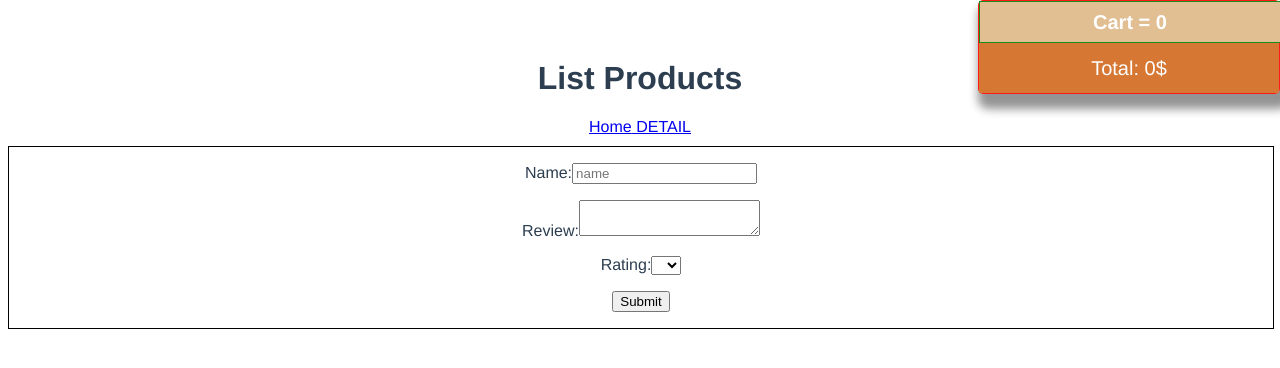
Repository: thanhdat130298/ncc-cart
Page: /
These files come from the project's save history. The page is drawn as it stood at one moment and after a run of saves; the edit follows.
The browser window is 1280 px wide. The pictures show the whole page.
The page's requests for data from a server got no answer. The project was rebuilt for these pictures with package versions that can differ from the ones it lists, and the page was loaded fresh each time. No one was signed in, and anything a server would have sent is missing. Also part of the build but not shown: src/components/home.vue, src/components/detail.vue.

Above is the page before, as saved 2020-03-18 11:11:42.

### src/main.js
import Vue from "vue";
import App from "./App.vue";
import store from "./store.js";
import router from "./routes"


Vue.config.productionTip = false;
Vue.use({ store });
new Vue({
  store,
  router,
  render: h => h(App)
}).$mount("#app");

### src/App.vue
<template>
  <div id="app">
    <h1>List Products</h1>
    <div>
      <router-link to="/home"> Home</router-link>
      <router-link to="/detail"> DETAIL</router-link>
    </div>
    <router-view />
    <product />
    <cart />
    <review />
  </div>
</template>

 <script>
import product from "./components/product.vue";
import Review from "./components/review.vue";
import Cart from "./components/cart.vue";

export default {
  name: "App",
  components: {
  product,
  Review,
  Cart
  }
};
</script>

<style>
#app {
  font-family: Avenir, Helvetica, Arial, sans-serif;
  -webkit-font-smoothing: antialiased;
  -moz-osx-font-smoothing: grayscale;
  text-align: center;
  color: #2c3e50;
  margin-top: 60px;
}
</style>

### src/store.js
import Vue from "vue";
import Vuex from "vuex";
import axios from "axios";
import VueAxios from "vue-axios";
Vue.use(Vuex);
Vue.use(VueAxios, axios);
export default new Vuex.Store({
  state: {
    products: [],
    carts: []
  },
  getters: {
    getProducts: state => state.products,
    inCart: state => state.carts
  },
  mutations: {
    SAVE_PRODUCT(state, proApi) {
      state.products = proApi;
    },
    SAVE_CART(state, cartApi) {
      state.carts = cartApi;
    },
    updateCart(state, product) {
      let found = this.state.carts.find(array => {
        return array.idPro == product.idPro;
      });
      if (found) {
        found.qty++;
      } else {
        this.state.carts.push({
          qty: 1,
          idPro: product.idPro,
          name: product.name,
          price: product.price
        });
      }
      product.proStatic --;
    }
  },
  actions: {
    //get product from API
    listProduct({ commit }) {
      Vue.axios
        .get("http://localhost:3000/product/get")
        .then(result => {
          commit("SAVE_PRODUCT", result.data);
        })
        .catch(error => {
          throw new Error(`API ${error}`);
        });
    },

    //GET from cart api
    listCart({ commit }) {
      Vue.axios
        .get("http://localhost:3000/cart")
        .then(result => {
          commit("SAVE_CART", result.data);
        })
        .catch(error => {
          throw new Error(`API ${error}`);
        });
    },
    //post to cart API
    saveCart(state, product) {
        Vue.axios
          .post("http://localhost:3000/cart/create", {
            idPro: product.idPro,
            price: product.price,
            name: product.name,
            qty: 1
          })
          .catch(error => {
            console.log(error)
          console.log("else");
          });

    },
    callUpdateCart({ commit }, product) {
      commit("updateCart", product);
    }}
});

### src/routes.js
import Vue from "vue";
import Router from "vue-router";
import home from "@/components/home";
import detail from "@/components/detail";
Vue.use(Router);
export default new Router({
  routes: [
    {
      path: "/home",
      name: "home",
      component: home
    },
    {
      path: "/detail",
      name: 'detail',
      component: detail
    }
  ]
});

### src/components/product.vue
<template>
  <div>
    <div class="container">
      <div class="clear"></div>
      <div v-for="product in arrProduct" :key="product.idPro">
        <div class="product">
          <img :src="product.image" alt="image" />
          <div>{{ product.name }}</div>
          <div class="static">
            <p
              v-if="product.proStatic >= 10"
              style="background-image: linear-gradient(to right, white, green, white);color: white;"
            >
              Selling
            </p>
            <p
              v-else-if="product.proStatic < 10 && product.proStatic > 0"
              style="background-image: linear-gradient(to right, white, red, white);color: white;"
            >
              Limit
            </p>
            <p
              v-else
              style="background-image: linear-gradient(to right, white, #808080, white);color: white;"
            >
              Empty
            </p>
            <ul>
              <li>Meterial: {{ product.meterial }}</li>
              <li>Fabric: {{ product.fabric }}</li>
              <li>Real: {{ product.real }}</li>
              <li>Price: {{ product.price }}</li>
            </ul>
            <button
              v-on:click="updateCart(product)"
              :disabled="!check(product)"
              :class="{ disable: !check(product) }"
            >
              ADD TO CART
            </button>
          </div>
        </div>
      </div>
    </div>
  </div>
</template>

<script>
export default {
  name: "product",
  computed: {
    arrProduct() {
      return this.$store.getters.getProducts;
    }
  },
  created () {
    this.$store.dispatch("listProduct");
  },
  methods: {
    updateCart(product) {
     // console.log("aa", product)
      this.$store.dispatch("callUpdateCart", product);
      this.$store.dispatch("saveCart", product);
    },
    check(product) {
      if (product.proStatic > 0) {
        return true;
      }
      return false;
    }
  }
};
</script>
<style scoped>
.disable {
  background-color: black;
}
.total {
  clear: left;
  color: white;
  height: 50px;
  line-height: 50px;
  font-size: 20px;
  background-color: chocolate;
}
* {
  margin: 0;
  padding: 0;
}
h3 {
  margin: 40px 0 0;
}
.clear {
  clear: left;
}
form {
  width: 70%;
  margin: 0 auto;
  padding: 10px;
}
ul {
  list-style-type: none;
  padding: 0;
}
li {
  margin: 0;
}
h2 {
  margin: 0;
  padding: 0;
}
p {
  margin: 5px;
}
.dis {
  background-color: yellow;
}
a {
  color: #42b983;
}
img {
  height: 300px;
  width: 90%;
}
.container {
}
.fixed > div {
  width: 100%;
}
.fixed {
  border: 1px solid red;
  position: fixed;
  top: 0;
  right: 0;
  margin-bottom: 100px;
  width: 300px;
  background-color: cornsilk;
}
.cartdetail {
  width: 40%;
  border-bottom: 1px solid black;

  float: left;
}
.product {
  border: 1px solid black;
  float: left;
  margin-left: 1%;
  margin-top: 5%;
  width: 24%;
  box-sizing: border-box;
}
.color-box {
  width: 40px;
  margin-left: 30%;
  height: 40px;
}
button {
  background-color:cornflowerblue;
  color: white;
  outline: none;
  height: 30px;
  border-radius: 10px;

  width: 130px;
}
.cart {
  height: 40px;
  line-height: 40px;
  font-size: 20px;
  background-color: burlywood;
  color: white;
  font-weight: bold;
  width: 100%;
  margin: 0;
  border: 1px solid green;
}
</style>

### src/components/review.vue
<template>
  <div class="container">
    <form class="review-form" @submit.prevent="onSubmit">
      <div class="form-right">
        <p>
          <label for="name">Name:</label>
          <input id="name" v-model="name" placeholder="name" />
        </p>
        <p>
          <label for="review">Review:</label>
          <textarea id="review" v-model="review"></textarea>
        </p>
        <p>
          <label for="rating">Rating:</label>
          <select id="rating" v-model.number="rating">
            <option>5</option>
            <option>4</option>
            <option>3</option>
            <option>2</option>
            <option>1</option>
          </select>
        </p>
        <p>
          <input type="submit" value="Submit" />
        </p>
      </div>
      <div v-for="(review,index) in reviews" v-bind:key="index">
        <span>{{ review.name }}</span>
        <span>{{ review.rating }}</span>
        <span>{{ review.review }}</span
        ><br />
      </div>
      <div v-if="errors.length" class="form-left">
        <b> Please correct the following error(s):</b>
        <ul>
          <li v-for="(error,index) in errors" v-bind:key="index">{{ error }}</li>
        </ul>
      </div>
    </form>
  </div>
</template>
<script>
export default {
  name: "Review",
  data() {
    return {
      review: null,
      rating: null,
      name: null,
      errors: [],
      reviews: []
    };
  },
  methods: {
    onSubmit() {
      this.errors.length=3;
      if (this.name && this.review && this.rating) {
        //GET VALUE NAME, REVIEW, RATING
        this.reviews.push({
          name: this.name,
          review: this.review,
          rating: this.rating
        });
        this.errors.length = 0;
      } else {
        if (!this.name) this.errors.push("Name Required!");
        if (!this.review) this.errors.push("Review Required!");
        if (!this.rating) this.errors.push("Rating Required!");
      }
    }
  },
  computed: {
    show() {
      return this.reviews;
    }
  }
};
</script>
<style scoped>
.form-right {
  width: 100%;
  margin-top: 10px;
  float: left;
}
.form-right {
  border: 1px solid black;
}
span {
  margin-left: 5px;
}
li {
  color: red;
  list-style: none;
}
</style>

### src/components/cart.vue
<template>
  <div>
    <div class="fixed">
      <p class="cart">Cart = {{ Counter }}</p>
      <div v-for="cart in inCart" v-bind:key="cart.idPro" class="cartdetail">
        <div>Product Name: {{ cart.name }}</div>
        <div>Product id: {{ cart.idPro }}</div>
        <div>Choosed: {{ cart.qty }}</div>
        <div>Product Price: {{ cart.price }}$</div>
      </div>
      <div class="total">Total: {{ totalPrice }}$</div>
    </div>
  </div>
</template>

<script>
export default {
  name: "Cart",
  computed: {
    inCart() {
      return this.$store.getters.inCart;
    },
    totalPrice() {
      let sum = 0;
      for (let i = 0; i < this.$store.state.carts.length; i++) {
        sum +=
          this.$store.state.carts[i].price * this.$store.state.carts[i].qty;
        //console.log(this.$store.state.carts)
      }
      return sum;
    },
    Counter() {
      let count = 0;
      for (let i = 0; i < this.$store.state.carts.length; i++) {
        count = count + this.$store.state.carts[i].qty;
      }
      return count;
    }
  },
  created() {
    this.$store.dispatch("listCart");
  }
};
</script>
<style scoped>
.disable {
  background-color: black;
}
.total {
  clear: left;
  color: white;
  height: 50px;
  line-height: 50px;
  font-size: 20px;
  background-color: chocolate;
}
* {
  margin: 0;
  padding: 0;
}
h3 {
  margin: 40px 0 0;
}
.clear {
  clear: left;
}
form {
  width: 70%;
  margin: 0 auto;
  padding: 10px;
}
ul {
  list-style-type: none;
  padding: 0;
}
li {
  margin: 0;
}
h2 {
  margin: 0;
  padding: 0;
}
p {
  margin: 5px;
}
.dis {
  background-color: yellow;
}
a {
  color: #42b983;
}
img {
  height: 300px;
  width: 90%;
}
.container {
}
.fixed > div {
  width: 100%;
}
.fixed {
  box-shadow: 5px 10px 10px 5px #888888;
  opacity: 0.9;
  border: 1px solid red;
  position: fixed;
  top: 0;
  right: 0;
  margin-bottom: 100px;
  border-radius: 5px;
  width: 300px;
  background-color: cornsilk;
}
.cartdetail {
  display: none;
  width: 40%;
  border-bottom: 1px solid black;

  float: left;
}
.pro1 {
  border: 1px solid black;
  float: left;
  margin-left: 1%;
  margin-top: 5%;
  width: 24%;
  box-sizing: border-box;
}
.color-box {
  width: 40px;
  margin-left: 30%;
  height: 40px;
}
button {
  background-color: brown;
  color: white;
  outline: none;
  height: 40px;
  width: 70px;
}
.cart {
  height: 40px;
  line-height: 40px;
  font-size: 20px;
  background-color: burlywood;
  color: white;
  font-weight: bold;
  width: 100%;
  margin: 0;
  border: 1px solid green;
}
</style>

Loaded but not shown: public/index.html (common file)

After the next 5 saves:
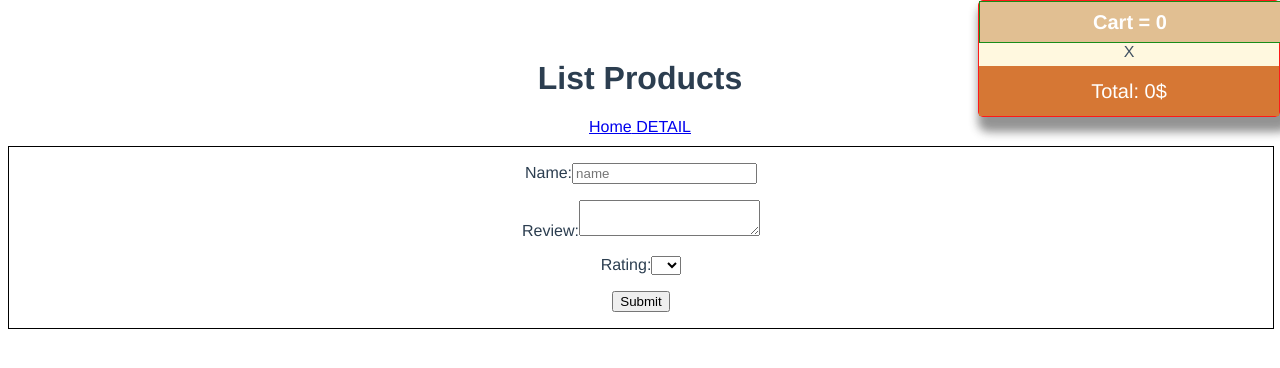
The 5 saves are shown as one change because they came seconds apart.
The last was saved 40 s later.
--- a/src/components/cart.vue
+++ b/src/components/cart.vue
@@ -1,7 +1,7 @@
 <template>
   <div>
     <div class="fixed">
-      <p class="cart">Cart = {{ Counter }}</p>
+      <p class="cart">Cart = {{ Counter }} <div>X</div></p>
       <div v-for="cart in inCart" v-bind:key="cart.idPro" class="cartdetail">
         <div>Product Name: {{ cart.name }}</div>
         <div>Product id: {{ cart.idPro }}</div>

After the 2 saves that followed:
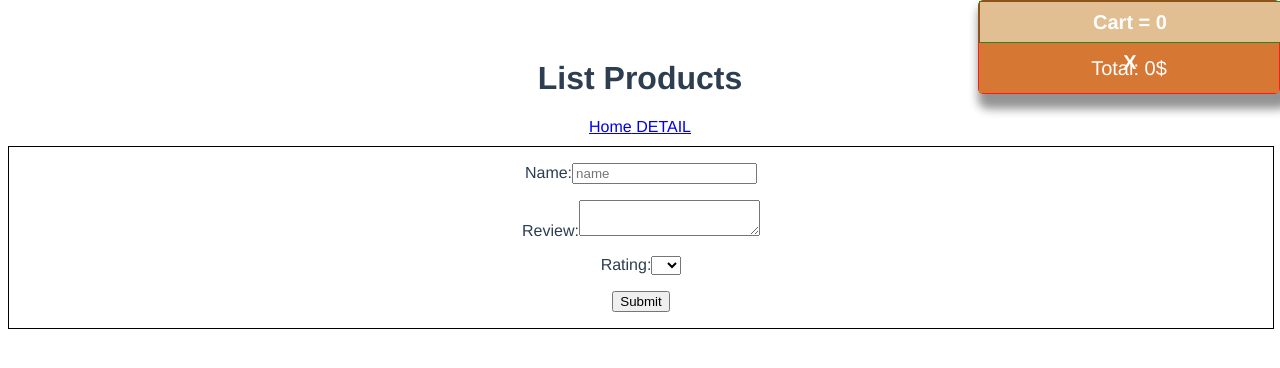
The 2 saves are shown as one change because they came seconds apart.
The last was saved 26 s later.
--- a/src/components/cart.vue
+++ b/src/components/cart.vue
@@ -1,7 +1,7 @@
 <template>
   <div>
     <div class="fixed">
-      <p class="cart">Cart = {{ Counter }} <div>X</div></p>
+      <div class="cart">Cart = {{ Counter }} <div>X</div></div>
       <div v-for="cart in inCart" v-bind:key="cart.idPro" class="cartdetail">
         <div>Product Name: {{ cart.name }}</div>
         <div>Product id: {{ cart.idPro }}</div>
